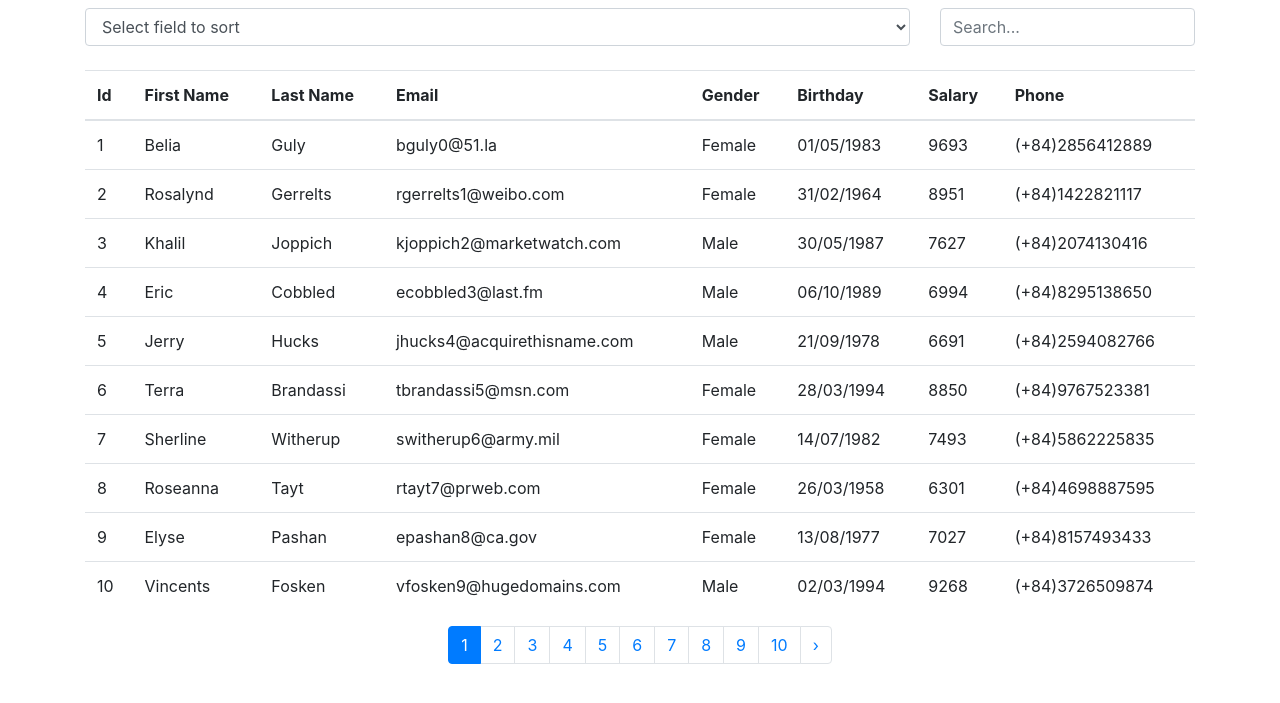
Repository: nguy3nds/table-app
Page: /
The author's editor kept a copy of each file at every save. The page is drawn from the files as they stood at one save, then again after the next save.
The browser window is 1280 px wide. The pictures show the whole page.
The project was rebuilt for these pictures with package versions that can differ from the ones it lists, and the page was loaded fresh each time.

Above is the page before, as saved 2021-09-21 14:51:25.

### src/index.tsx
import React from 'react';
import ReactDOM from 'react-dom';
import './index.css';
import App from './App';
import reportWebVitals from './reportWebVitals';
import 'bootstrap/dist/css/bootstrap.min.css';

ReactDOM.render(
  <React.StrictMode>
    <App />
  </React.StrictMode>,
  document.getElementById('root')
);

// If you want to start measuring performance in your app, pass a function
// to log results (for example: reportWebVitals(console.log))
// or send to an analytics endpoint. Learn more: https://bit.ly/CRA-vitals
reportWebVitals();

### src/App.tsx
import "./App.css";
import Data from "./users.json";
import Form from "react-bootstrap/Form";
import { Col, Container, Row, Table } from "react-bootstrap";
import { ChangeEvent, useEffect, useState } from "react";
import PaginateComponent from "./components/PaginateComponent";
import SelectionBox from "./components/SelectionBox";
import UserInOnePage from "./components/UserInOnePage";

export interface User {
  id: number;
  firstName: string;
  lastName: string;
  email: string;
  gender: string;
  birthday: string;
  salary: number;
  phone: string;
}

const App: React.FC = () => {
  const [users, setUsers] = useState<User[]>([]);
  const [data, setData] = useState<User[]>(Data);
  const [currentPage, setCurrentPage] = useState<number>(1);

  const USER_PER_PAGE = 10;

  useEffect(() => {
    const indexLastUser = currentPage * USER_PER_PAGE;
    const indexFirstUser = indexLastUser - USER_PER_PAGE;
    const currentUsers = data.slice(indexFirstUser, indexLastUser);

    setUsers(currentUsers);
  }, [currentPage, data]);

  const onSort = (e: React.ChangeEvent<HTMLInputElement>) => {
    let keyObj: keyof User = e.target.value as keyof User;
    let sortedUsers = users.sort((a: User, b: User) => {
      if (a[keyObj] < b[keyObj]) return -1;
      if (a[keyObj] > b[keyObj]) return 1;
      return 0;
    });
    setUsers([...sortedUsers]);
  };

  const onSelectedPage = (pageNum: number) => {
    setCurrentPage(pageNum);
  };

  const onPrev = () => {
    setCurrentPage(currentPage - 1);
  };

  const onNext = () => {
    setCurrentPage(currentPage + 1);
  };

  const onSearch = (e: ChangeEvent<HTMLInputElement>) => {
    let searchUsers = Data.filter((user: User) => {
      for (let prop in user) {
        if (
          user[prop as keyof User]
            .toString()
            .toLowerCase()
            .includes(e.target.value.toLowerCase())
        ) {
          return user;
        }
      }
      return false;
    });
    setData(searchUsers);
  };

  return (
    <div className="App">
      <Container>
        <Table>
          <Row className="my-2">
            <Col>
              <SelectionBox handleSelection={onSort} />
            </Col>
            <Col md={3}>
              <Form>
                <Form.Group>
                  <input
                    className="form-control"
                    type="text"
                    placeholder="Search..."
                    onChange={onSearch}
                  />
                </Form.Group>
              </Form>
            </Col>
          </Row>

          <UserInOnePage users={users} />

          {data.length !== 0 && (
            <Row className="justify-content-center">
              <PaginateComponent
                pageNumber={Math.ceil(data.length / USER_PER_PAGE)}
                currentPage={currentPage}
                onSelectPage={onSelectedPage}
                handlePrev={onPrev}
                handleNext={onNext}
              />
            </Row>
          )}

          {data.length === 0 && (
            <Row className="justify-content-center">
              <p>Couldn't find anything for these key words</p>
            </Row>
          )}
        </Table>
      </Container>
    </div>
  );
};

export default App;

### src/components/PaginateComponent.tsx
import { Pagination } from 'react-bootstrap';

function PaginateComponent({ pageNumber, currentPage, onSelectPage, handlePrev, handleNext }: any) {
    let items = [];
    for (let number = 1; number <= pageNumber; number++) {
        items.push(
            <Pagination.Item key={number} active={number === currentPage} onClick={() => onSelectPage(number)}>
                {number}
            </Pagination.Item>,
        );
    }
    return (
        <div>
            <Pagination>
                {currentPage !== 1 && <Pagination.Prev onClick={handlePrev} />}
                {items}
                {currentPage !== pageNumber && <Pagination.Next onClick={handleNext}/>}
            </Pagination>
        </div>
    );
}

export default PaginateComponent;

### src/components/SelectionBox.tsx
import Form from "react-bootstrap/Form";
import React from "react";

// // Type '{ handleSelection: (e: ChangeEvent<HTMLInputElement>) => void; }' is not assignable to type 'IntrinsicAttributes & Event & { children?: ReactNode; }'.
//   Property 'handleSelection' does not exist on type 'IntrinsicAttributes & Event & { children?: ReactNode; }'.

const SelectionBox: React.FC<any> = ({ handleSelection }) => {
  return (
    <Form>
      <Form.Group>
        <Form.Control as="select" onChange={handleSelection}>
          <option>Select field to sort</option>
          <option value={"id"}>Id</option>
          <option value={"firstName"}>First Name</option>
          <option value={"lastName"}>Last Name</option>
          <option value={"email"}>Email</option>
          <option value={"gender"}>Gender</option>
          <option value={"birthday"}>Birthday</option>
          <option value={"salary"}>Salary</option>
          <option value={"phone"}>Phone</option>
        </Form.Control>
      </Form.Group>
    </Form>
  );
};

export default SelectionBox;

### src/components/UserInOnePage.tsx
import React from "react";
import Col from "react-bootstrap/esm/Col";
import Row from "react-bootstrap/esm/Row";
import TableData from "./TableData";

const UserInOnePage = (props: any) => {
  const formatDate = (date: string): string => {
    let d = new Date(date);
    let day =
      d.getDate().toString().length === 2
        ? d.getDate().toString()
        : "0" + d.getDate().toString();
    let month =
      d.getMonth().toString().length === 2
        ? d.getMonth().toString()
        : "0" + d.getMonth().toString();
    return day + "/" + month + "/" + d.getFullYear().toString();
  };

  const content = props.users.map((user: any) => (
    <tr key={user.id}>
      <td>{user.id}</td>
      <td>{user.firstName}</td>
      <td>{user.lastName}</td>
      <td>{user.email}</td>
      <td>{user.gender}</td>
      <td>{formatDate(user.birthday)}</td>
      <td>{user.salary}</td>
      <td>{"(+84)" + user.phone.replace(/-/g, "")}</td>
    </tr>
  ));

  return (
    <div>
      {props.users.length !== 0 && (
        <Row>
          <Col>
            <TableData content={content} />
          </Col>
        </Row>
      )}
    </div>
  );
};

export default UserInOnePage;

### src/components/TableData.tsx
import React from "react";
import Table from "react-bootstrap/Table";

const TableData: React.FC<any> = ({ content }) => {
  return (
    <Table>
      <thead>
        <tr>
          <th>Id</th>
          <th>First Name</th>
          <th>Last Name</th>
          <th>Email</th>
          <th>Gender</th>
          <th>Birthday</th>
          <th>Salary</th>
          <th>Phone</th>
        </tr>
      </thead>
      <tbody>{content}</tbody>
    </Table>
  );
};

export default TableData;

Loaded but not shown: public/index.html (common file); src/index.css (common file); src/reportWebVitals.ts (common file); src/users.json (1002 lines, source omitted); src/App.css (no stored copy; drawn as an empty file)

After the next save:
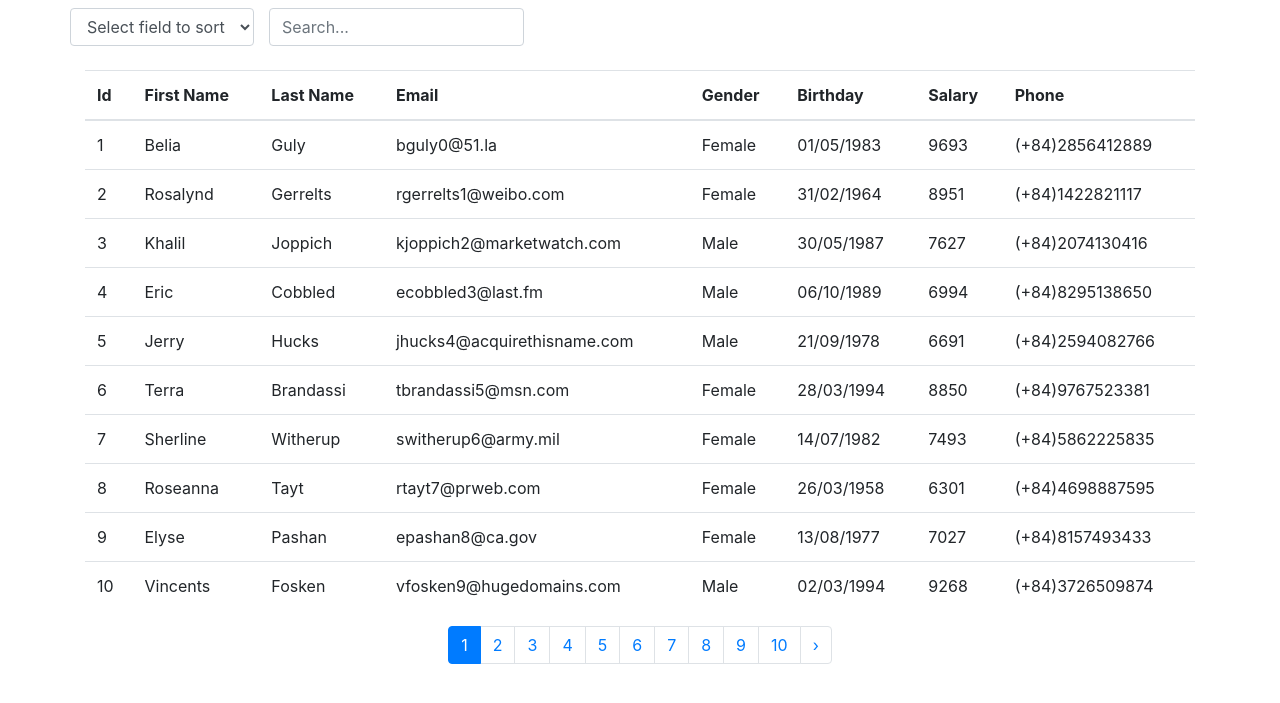
Saved 12 s later.
--- a/src/App.tsx
+++ b/src/App.tsx
@@ -77,9 +77,7 @@ const App: React.FC = () => {
       <Container>
         <Table>
           <Row className="my-2">
-            <Col>
-              <SelectionBox handleSelection={onSort} />
-            </Col>
+            <SelectionBox handleSelection={onSort} />
             <Col md={3}>
               <Form>
                 <Form.Group>
